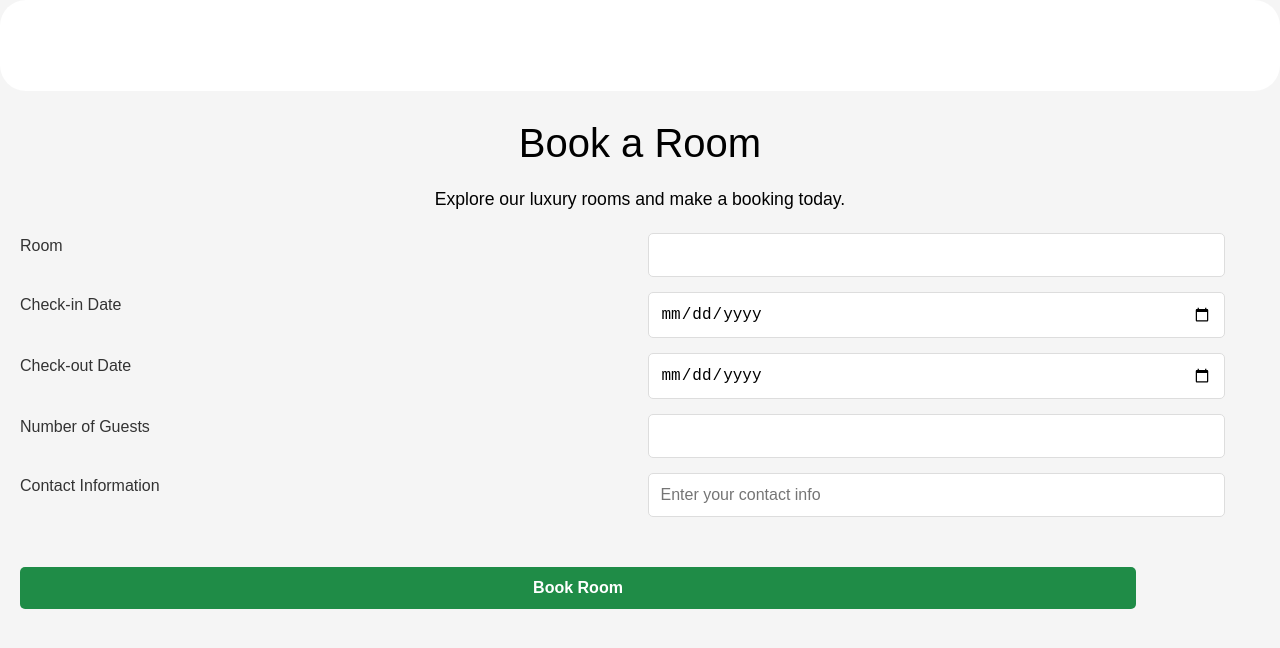
Repository: malingubarnice/Online-Reservation-System
Page: seperate_room.html
An editor plug-in stored every save of this project. The page is shown before and after the next save, followed by the edit.
The browser window is 1280 px wide. The pictures show the whole page.

Above is the page before, as saved 2025-04-03 18:38:49.
Console error: TypeError: Cannot read properties of null (reading 'addEventListener')

### seperate_room.html
<!DOCTYPE html>
<html lang="en">
<head>
    <meta charset="UTF-8">
    <meta name="viewport" content="width=device-width, initial-scale=1.0">
    <title>Book a Room</title>
    <link rel="stylesheet" href="styles.css"> <!-- Link your existing CSS -->
</head>
<body>
    <header>
        <h1>Book a Room</h1>


  </header>







    <!-- Rooms Section -->
    <section id="rooms">
        <h1>Book a Room</h1>
        <p>Explore our luxury rooms and make a booking today.</p>

        <div class="room-list">
            <!-- Room cards dynamically loaded -->
        </div>

        <!-- Booking Form -->
        <div class="reservation-form">
            <form action="send_room.php" method="post">
                <!-- Hidden input for room ID -->
                <input type="hidden" id="room_id" name="room_id">

                <label for="room-selection">Room</label>
                <input type="text" id="room-selection" name="room_name" readonly>

                <label for="check-in-date">Check-in Date</label>
                <input type="date" id="check-in-date" name="check_in_date" required>

                <label for="check-out-date">Check-out Date</label>
                <input type="date" id="check-out-date" name="check_out_date" required>

                <label for="guest-count">Number of Guests</label>
                <input type="number" id="guest-count" name="guest_count" min="1" required>

                <label for="contact-info">Contact Information</label>
                <input type="text" id="contact-info" name="contact-info" placeholder="Enter your contact info" required>

                <p id="price-display"></p>
                <input type="hidden" id="price" name="price">

                <button type="submit" class="reserve-btn">Book Room</button>
            </form>
        </div>
    </section>

    <script>
        document.addEventListener("DOMContentLoaded", function () {
            let today = new Date().toISOString().split("T")[0];

            // Set min date for reservations
            document.getElementById("check-in-date").setAttribute("min", today);

            // Update checkout date when check-in date is selected
            document.getElementById("check-in-date").addEventListener("change", function () {
                let checkInDate = this.value;
                document.getElementById("check-out-date").setAttribute("min", checkInDate);
            });
        });
    </script>

    <script src="roomjs.js"></script>

</body>
</html>

### styles.css
/* General Reset */
body, h1, h2, p, ul, li, a, button {
    margin: 0;
    padding: 0;
    box-sizing: border-box;
}

/* Body and Layout */
body {
    font-family: 'Arial', sans-serif;
    line-height: 1.6;
    background-color: #f5f5f5;
    color: #333;
}

/* Header */
header {
    display: flex;
    justify-content: space-between;
    align-items: center;
    padding: 20px;
    background: white;
    color: #fff;
    border-bottom: 2px solid #c4ccd4;
    border-radius: 26px;
    border-style: none;
}

header .logo img {
    height: 100px;
    border-radius: 50px;
}

header nav ul {
    display: flex;
    list-style: none;
}

header nav ul li {
    margin-left: 25px;
}

header nav ul li a {
    color: rgb(10, 10, 10);
    text-decoration: none;
    font-size: 25px;
    font-weight: 500;
    transition: color 0.3s;
}

header nav ul li a:hover {
    color: #eb2630;
}




/* Container for Features Section */
.features {
    display: flex;
    justify-content: flex-start;
    align-items: flex-start;
    flex-direction: row;  /* This will place the features next to each other */
    gap: 20px;  /* Adds space between each feature box */
    margin-left: 20px;  /* Adjust the space from the left */
  }

  /* Individual Feature Box */
  .feature {
    background-color: #fff;
    padding: 20px;
    margin-bottom: 15px;
    margin-top: 15px;
    box-shadow: 0 4px 8px rgba(0, 0, 0, 0.1);
    border-radius: 10px;
    flex: 1;  /* Makes each feature box take equal width */
  }

  /* Feature Header */
  .feature h2 {
    font-size: 22px;
    margin-bottom: 10px;
  }

  /* Feature Description */
  .feature p {
    font-size: 16px;
    color: white;
  }

  /* Optional: Adjusting feature links */
  .feature a {
    display: inline-block;
    background-color: #15ad4d;
    color: #fff;
    padding: 10px 20px;
    border-radius: 5px;
    text-decoration: none;
    transition: background-color 0.3s;
  }

  .feature a:hover {
    background-color: #1dd168;
  }




/* Reservations Section */
#reservations {
    padding: 50px 20px;
    background: #fff;
    margin: 20px auto;
    max-width: 900px;
    box-shadow: 0 8px 16px rgba(0, 0, 0, 0.1);
    border-radius: 10px;
}

#reservations h1 {
    font-size: 32px;
    margin-bottom: 20px;
    text-align: center;
    color: #2c3e50;
}

.reservation-form form {
    display: grid;
    grid-template-columns: 1fr 1fr;
    gap: 15px;
    margin-bottom: 30px;
}

.reservation-form label {
    font-size: 16px;
    color: #333;
}

.reservation-form input,
.reservation-form textarea,
.reserve-btn {
    padding: 12px;
    border: 1px solid #ddd;
    border-radius: 5px;
    font-size: 16px;
    transition: border-color 0.3s;
    width: 90%;
}

.reservation-form input:focus,
.reservation-form textarea:focus {
    border-color: #27ae60;
}

.reserve-btn {
    background-color: #1f8c47;
    color: #fff;
    font-weight: bold;
    cursor: pointer;
    border: none;
    transition: background-color 0.3s;
    grid-column: span 2;
}

.reserve-btn:hover {
    background-color: #10e669;
}

/* Table Layout */
.table-layout {
    margin-top: 20px;
    text-align: center;
}

.tables {
    display: grid;
    grid-template-columns: repeat(auto-fill, minmax(100px, 1fr));
    gap: 20px;
}

.tables .table {
    background-color: #ddd;
    padding: 20px;
    text-align: center;
    font-size: 18px;
    border-radius: 8px;
    cursor: pointer;
    transition: transform 0.3s, background-color 0.3s;
}

.tables .table:hover {
    transform: scale(1.1);
    background-color: #27ae60;
    color: #fff;
}




/* Menu Section */
#menu {
    padding: 50px 20px;
    background: #fff;
    margin: 20px auto;
    max-width: 900px;
    box-shadow: 0 8px 16px rgba(0, 0, 0, 0.1);
    border-radius: 10px;
}

.menu-items {
    display: grid;
    grid-template-columns: repeat(auto-fill, minmax(250px, 1fr));
    gap: 20px;
}

.menu-items .menu-item {
    background: #f4f4f4;
    padding: 20px;
    border-radius: 8px;
    box-shadow: 0 4px 8px rgba(0, 0, 0, 0.1);
    text-align: center;
    transition: transform 0.3s;
}

.menu-items .menu-item:hover {
    transform: scale(1.05);
    box-shadow: 0 8px 16px rgba(0, 0, 0, 0.2);
}

.menu-items img {
    max-width: 100%;
    border-radius: 5px;
}

/* Targeting buttons inside the #menu section */
#menu button {
    width: 100%;
    padding: 12px;
    background: #1f8c47;
    color: white;
    font-size: 16px;
    border: none;
    border-radius: 8px;
    cursor: pointer;
    transition: 0.3s;
}

#menu button:hover {
    background: #27ae60;
}


/* Footer */
footer {
    text-align: center;
    padding: 20px;
    background-color: whitesmoke;
    color: #fff;
    margin-top: 50px;
}

/* Responsive Design */
@media (max-width: 768px) {
    .features {
        flex-direction: column;
        align-items: center;
    }

    .feature {
        width: 100%;
        margin-bottom: 30px;
    }

    .reservation-form {
        grid-template-columns: 1fr;
    }

    .tables {
        grid-template-columns: 1fr 1fr;
    }

    .menu-items {
        grid-template-columns: 1fr 1fr;
    }
}

@media (max-width: 480px) {
    header {
        flex-direction: column;
        align-items: flex-start;
    }

    header nav ul {
        flex-direction: column;
        gap: 10px;
    }

    .hero h1 {
        font-size: 28px;
    }

    .hero p {
        font-size: 18px;
    }
}

/* Style for available tables */
.table {
    padding: 10px;
    margin: 10px;
    border: 1px solid #ccc;
    cursor: pointer;
    display: inline-block;
}

/* Highlight the selected table */
.table.selected {
    background-color: #4CAF50; /* Green background */
    color: white;
    border: 2px solid #fff;
}

/*stying order online section*/
#order-online {
    padding: 2rem;
}

.menu-item {
    border: 1px solid #ddd;
    margin: 1rem;
    padding: 1rem;
    text-align: center;
}
.order-form {
    margin-top: 2rem;
}
.order-total {
    font-weight: bold;
    margin-top: 1rem;
}


/*styling rooms*/
/* General styling for the Rooms Section */
#rooms {
    font-family: Arial, sans-serif;
    padding: 20px;
    background-color: #f5f5f5;
}

#rooms h1 {
    text-align: center;
    color: #333;
    font-size: 2.5rem;
    margin-bottom: 10px;
}

#rooms p {
    text-align: center;
    font-size: 1.1rem;
    color: #666;
    margin-bottom: 20px;
}

/* Room Listings */
.room-listings {
    display: grid;
    grid-template-columns: repeat(auto-fill, minmax(250px, 1fr));
    gap: 20px;
    margin-bottom: 30px;
}

.room-card {
    background-color: white;
    border-radius: 8px;
    box-shadow: 0 4px 6px rgba(0, 0, 0, 0.1);
    padding: 15px;
    text-align: center;
    transition: transform 0.3s ease-in-out;
}

.room-card:hover {
    transform: translateY(-5px);
}

.room-card img {
    width: 100%;
    height: 180px;
    object-fit: cover;
    border-radius: 8px;
}

.room-card h3 {
    font-size: 1.5rem;
    color: #333;
    margin: 15px 0;
}

.room-card p {
    font-size: 1.1rem;
    color: #777;
}

.room-card .price {
    font-size: 1.2rem;
    font-weight: bold;
    color: #1f8c47;
    margin-top: 10px;
}

.room-card button {
    background-color: #1f8c47;
    color: white;
    padding: 10px 15px;
    font-size: 1rem;
    border: none;
    border-radius: 5px;
    cursor: pointer;
    transition: background-color 0.3s;
}

.room-card button:hover {
    background-color: #27ae60;
}


/* New class for hiding the form */
.booking-form.hidden {
    display: none;
}

/* Booking Form Styling */
.booking-form {
    background-color: white;
    padding: 20px;
    border-radius: 8px;
    box-shadow: 0 4px 6px rgba(0, 0, 0, 0.1);
    width: 70%;
    max-width: 600px;
    margin: 0 auto;
}

.booking-form h2 {
    text-align: center;
    color: #333;
    font-size: 2rem;
    margin-bottom: 15px;
}

.booking-form form {
    display: flex;
    flex-direction: column;
    gap: 15px;
}

.booking-form label {
    font-size: 1.1rem;
    color: #333;
}

.booking-form select,
.booking-form input {
    padding: 10px;
    font-size: 1rem;
    border: 1px solid #ccc;
    border-radius: 5px;
    width: 100%;
}

.booking-form button {
    background-color: #1f8c47;
    color: white;
    padding: 12px 20px;
    font-size: 1.1rem;
    border: none;
    border-radius: 5px;
    cursor: pointer;
    transition: background-color 0.3s;
}

.booking-form button:hover {
    background-color: #27ae60;
}

/* Confirmation Message */
#confirmation-message {
    font-size: 1.2rem;
    color: #333;
    margin-top: 20px;
    text-align: center;
    display: none; /* Hidden initially */
}

#confirmation-message.success {
    color: #4caf50;
}

#confirmation-message.error {
    color: #f44336;
}



/* Container for styling the rooms */
.room-list {
    display: flex;
    flex-wrap: wrap; /* Allows room cards to wrap to the next line when necessary */
    justify-content: center; /* Centers the room cards horizontally */
    gap: 20px; /* Adds space between cards */
    max-width: 80%; /* Makes the container occupy 80% of the page */
    margin: 0 auto; /* Centers the container horizontally */
}

/* Individual room card */
.room-card {
    width: 30%; /* Makes each card take up about 30% of the container's width */
    max-width: 300px; /* Optional: Set a max width for the cards */
    margin: 10px;
    padding: 15px;
    text-align: center;
    box-shadow: 0 4px 8px rgba(0, 0, 0, 0.1);
    background-color: #fff;
    border-radius: 10px;
    box-sizing: border-box;
}

/* Image inside room card */
.room-card img {
    width: 100%; /* Ensures the image stretches across the container */
    height: auto; /* Keeps aspect ratio intact */
    object-fit: contain; /* Ensures the full image is visible */
}

@media (max-width: 768px) {
    .room-card {
        width: 100%; /* Makes room cards stack on smaller screens */
    }
}

/* Target the specific booking room section and make the font weight lighter */
#rooms {
    color: black; /* Keeps the text color black */
    font-weight: lighter; /* Makes the font weight lighter */
}

/* Target the room cards within the booking room section */
#rooms .room-card {
    color: black; /* Ensures room card text is black */
    font-weight: lighter; /* Makes the room card text lighter */
}

/* You can also target specific elements like titles and descriptions, if necessary */
#rooms h1, #rooms p, #rooms .room-name, #rooms .room-description {
    color: black; /* Sets the text to black */
    font-weight: lighter; /* Reduces the font weight */
}

### roomjs.js
document.addEventListener('DOMContentLoaded', function () {
    // Fetch room data and display rooms dynamically
    fetch('get_room.php')
      .then(response => response.json())
      .then(data => {
        if (Array.isArray(data)) {
          displayRooms(data);
        } else {
          console.error('Error fetching rooms:', data.message);
        }
      })
      .catch(error => console.error('Error fetching room data:', error));
});

// Function to display room cards
function displayRooms(rooms) {
    const roomListContainer = document.querySelector('.room-list');
    roomListContainer.innerHTML = ""; // Clear previous content

    rooms.forEach(room => {
        const roomHTML = `
            <div class="room-card">
                <img src="${room.image_url}" alt="${room.room_name}" style="width: 100%; height: 200px; object-fit: cover;">
                <h2>${room.room_name}</h2>
                <p>Type: ${room.room_type}</p>
                <p>Capacity: ${room.capacity} guests</p>
                <p>${room.description}</p>
                <p>Price: KSh ${room.price_per_night.toLocaleString()}</p>
                <button onclick="selectRoom(${room.room_id}, '${room.room_name}', ${room.price_per_night})">Book Now</button>
            </div>
        `;
        roomListContainer.innerHTML += roomHTML;
    });
}

// Function to select a room for booking
function selectRoom(roomId, roomName, price) {
    console.log(`Room selected: ${roomName} (ID: ${roomId})`);

    document.getElementById('room-selection').value = roomName;
    document.getElementById('room_id').value = roomId;
    document.getElementById('price').textContent = `KSh ${price.toLocaleString()}`;
    document.querySelector('.reservation-form').style.display = 'block'; // Show the booking form
}

// Handle form submission for room booking
document.getElementById('room-booking-form').addEventListener('submit', function (event) {
    event.preventDefault(); // Prevent the form from reloading the page

    const roomId = document.getElementById('room_id').value;
    const checkInDate = document.getElementById('check-in-date').value;
    const checkOutDate = document.getElementById('check-out-date').value;
    const guestCount = document.getElementById('guest-count').value;
    const contactInfo = document.getElementById('contact-info').value;

    const today = new Date();
    const checkIn = new Date(checkInDate);
    const checkOut = new Date(checkOutDate);

    today.setHours(0, 0, 0, 0);
    checkIn.setHours(0, 0, 0, 0);
    checkOut.setHours(0, 0, 0, 0);

    // Check for invalid dates
    if (checkIn < today) {
        alert("Check-in date cannot be in the past.");
        return;
    }

    if (checkIn >= checkOut) {
        alert("Check-out date must be after check-in date.");
        return;
    }

    // Submit booking data via fetch
    fetch('book_room.php', {
        method: 'POST',
        body: JSON.stringify({
            room_id: roomId,
            check_in_date: checkInDate,
            check_out_date: checkOutDate,
            guest_count: guestCount,
            contact_info: contactInfo
        }),
        headers: {
            'Content-Type': 'application/json'
        }
    })
    .then(response => response.json())
    .then(data => {
        if (data.status === 'success') {
            alert('Booking confirmed! Email sent.');
            // Optionally, redirect to a confirmation page or reload
            window.location.href = "confirmation.php";
        } else {
            alert('Error: ' + data.message);
        }
    })
    .catch(error => console.error('Error:', error));
});

After the next save:
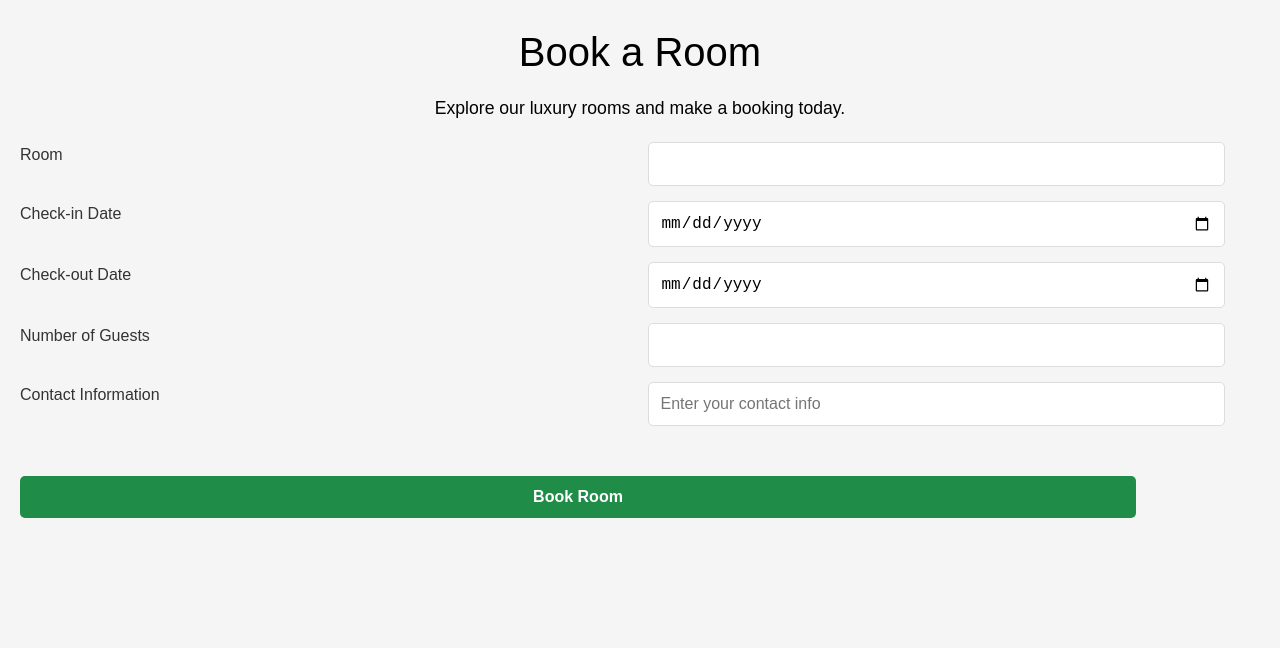
Saved 49 s later.
--- a/seperate_room.html
+++ b/seperate_room.html
@@ -7,11 +7,6 @@
     <link rel="stylesheet" href="styles.css"> <!-- Link your existing CSS -->
 </head>
 <body>
-    <header>
-        <h1>Book a Room</h1>
-
-
-  </header>
 
 
 
